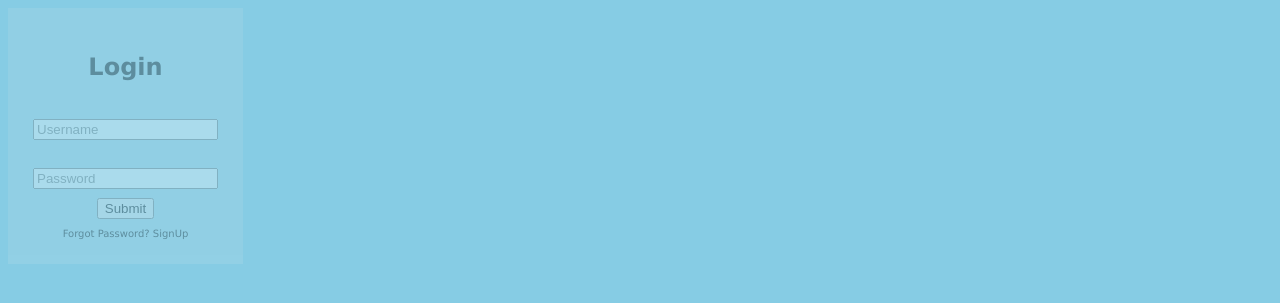
Repository: busra-kayaa/LoginPage
Page: login.html
An editor plug-in stored every save of this project. The page is shown before and after the next save, followed by the edit.
The browser window is 1280 px wide. The pictures show the whole page.

Above is the page before, as saved 2023-12-28 20:04:10.

### login.html
<!DOCTYPE html>
<html>
    <head>
        <title>Login Page</title>
        <link rel="stylesheet" href="./style.css" type="text/css"/>
    </head>
    <body>
        <div class="login-from-container">
            <h2>Login</h2>
            <div class="input-group">
                <i class="fa fa-user"></i>
                <input
                    type="text"
                    placeholder="Username"
                    class="input-text"
                    autocomplete="off"
                />
            </div>
            <div class="input-group">
                <i class="fa fa-unclok-alt"></i>
                <input
                    type="password"
                    placeholder="Password"
                    class="input-text"
                    autocomplete="off"
                />
            </div>
            <div class="subgroup">
                <div class="button-group" id="login-button">
                    <button onclick="alert('Bilgileriniz Başarıyla Alınmıştır.')">Submit</button>
                </div>
                <div class="footer">
                    <a>Forgot Password?</a>
                    <a>SignUp</a>
                </div>
            </div>
        </div>
    </body>
</html>

### style.css
body {
    background-color: rgb(134, 204, 228);
    opacity: 0.3;
    display: flex;
    flex-direction: row;
    align-items: center;
    font-family:'Lucida Sans';
}

.login-from-container {
    background-color: lightblue;
    display: flex;
    flex-direction: column;
    align-items: center;
    text-align: center;
    padding: 25px;
}
.input-group {
    margin-top: 10%;
    margin-bottom: 5%;
}
.button-group {
    display: flex;
    justify-content: center;
    align-items: center;
    font-size: 15px;
}
.subgroup {
 gap: 20px;
}
.footer {
    margin-top: 7%;
    font-size: 10px;
}

After the next save:
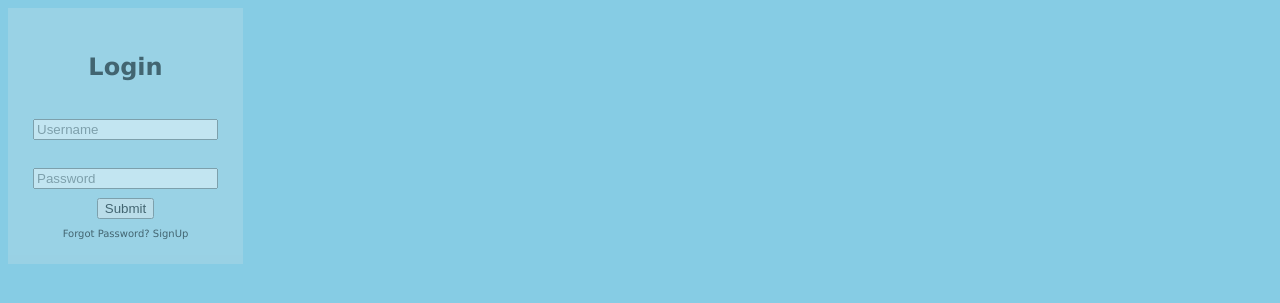
Saved 8 s later.
--- a/style.css
+++ b/style.css
@@ -1,6 +1,6 @@
 body {
     background-color: rgb(134, 204, 228);
-    opacity: 0.3;
+    opacity: 0.5;
     display: flex;
     flex-direction: row;
     align-items: center;
